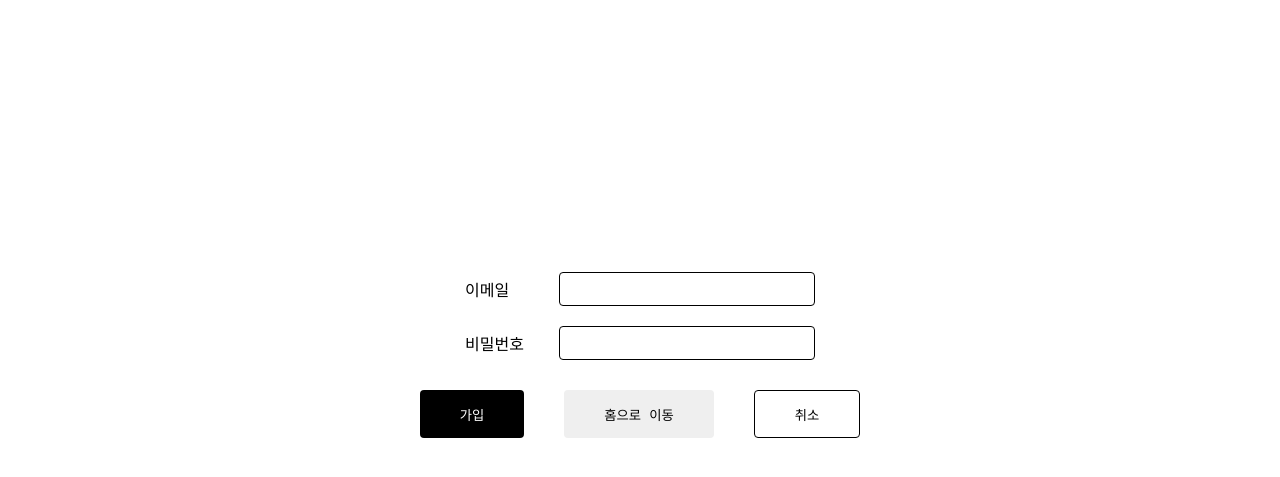
Repository: momo0170/react-shopping
Page: /register
An editor plug-in stored every save of this project. The page is shown before and after the next save, followed by the edit.
The browser window is 1280 px wide. The pictures show the whole page.
The page's requests for data from a server got no answer. Some web fonts or font styles are not loaded; a fallback is used. The project was rebuilt for these pictures with package versions that can differ from the ones it lists, and the page was loaded fresh each time. No one was signed in, and anything a server would have sent is missing. Also part of the build but not shown: src/App.css, src/css/Header.module.css, src/components/Header.jsx, src/App.js, src/router/Products.jsx, src/css/Login.module.css, src/router/Login.jsx.

Above is the page before, as saved 2023-02-24 18:57:03.

### public/index.html
<!DOCTYPE html>
<html lang="en">
  <head>
    <meta charset="utf-8" />
    <link rel="icon" href="%PUBLIC_URL%/images/shopping.png" />
    <meta name="viewport" content="width=device-width, initial-scale=1" />
    <meta name="theme-color" content="#000000" />
    <meta
      name="description"
      content="Web site created using create-react-app"
    />
    <!-- <link rel="apple-touch-icon" href="%PUBLIC_URL%/logo192.png" /> -->
    <!--
      manifest.json provides metadata used when your web app is installed on a
      user's mobile device or desktop. See https://developers.google.com/web/fundamentals/web-app-manifest/
    -->

    <!--
      Notice the use of %PUBLIC_URL% in the tags above.
      It will be replaced with the URL of the `public` folder during the build.
      Only files inside the `public` folder can be referenced from the HTML.

      Unlike "/favicon.ico" or "favicon.ico", "%PUBLIC_URL%/favicon.ico" will
      work correctly both with client-side routing and a non-root public URL.
      Learn how to configure a non-root public URL by running `npm run build`.
    -->
    <title>Shoppy</title>
    <link rel="preconnect" href="https://fonts.googleapis.com" />
    <link rel="preconnect" href="https://fonts.gstatic.com" crossorigin />
    <link
      href="https://fonts.googleapis.com/css2?family=Nanum+Gothic+Coding&display=swap"
      rel="stylesheet"
    />
  </head>
  <body>
    <noscript>You need to enable JavaScript to run this app.</noscript>
    <div id="root"></div>
    <!--
      This HTML file is a template.
      If you open it directly in the browser, you will see an empty page.

      You can add webfonts, meta tags, or analytics to this file.
      The build step will place the bundled scripts into the <body> tag.

      To begin the development, run `npm start` or `yarn start`.
      To create a production bundle, use `npm run build` or `yarn build`.
    -->
  </body>
</html>

### src/index.js
import React from 'react';
import ReactDOM from 'react-dom/client';
import './index.css';
import App from './App';
import { createBrowserRouter, RouterProvider } from 'react-router-dom';
import Products from './router/Products';
import Login from './router/Login';
import Register from './router/Register';

const router = createBrowserRouter([
  {
    path: '/',
    element: <App />,
    children: [
      {
        index: true,
        element: <Products />,
      },
    ],
  },
  {
    path: '/login',
    element: <Login />,
  },
  {
    path: '/register',
    element: <Register />,
  },
]);
const root = ReactDOM.createRoot(document.getElementById('root'));
root.render(
  <RouterProvider router={router}>
    <App />
  </RouterProvider>
);

### src/index.css
:root {
  --margin-small: 5px;
  --margin-medium: 10px;
  --margin-large: 20px;
  --margin-xlarge: 30px;

  --font-xsmall: 14px;
  --font-small: 16px;
  --font-medium: 24px;
  --font-large: 32px;
  --font-xlarge: 36px;
  --font-xxlarge: 44px;
}

body {
  margin: 0;
  font-family: 'Nanum Gothic Coding', monospace;
}

button {
  font-family: 'Nanum Gothic Coding', monospace;
}

### src/router/Register.jsx
import React, { useState } from 'react';
import { registerUser } from '../firebase/Firebase-Auth';
import styles from '../css/Register.module.css';

export default function Register() {
  const [account, setAccount] = useState({
    email: '',
    password: '',
  });

  const onChangeAccount = (e) => {
    setAccount({
      ...account,
      [e.target.name]: e.target.value,
    });
  };

  // 회원가입
  const registerAccount = () => {
    const result = window.confirm('가입하시겠습니까?');
    result && registerUser(account.email, account.password);
  };
  console.log(`이메일 : ${account.email}`);
  console.log(`비밀번호 : ${account.password}`);
  return (
    <main className={styles.main}>
      <div className={styles.email}>
        <span>이메일</span>
        <input type="text" name="email" onChange={onChangeAccount} />
      </div>
      <div className={styles.password}>
        <span>비밀번호</span>
        <input type="password" name="password" onChange={onChangeAccount} />
      </div>
      <div className={styles.btns}>
        <button onClick={registerAccount} className={styles.registerBtn}>
          가입
        </button>
        <button className={styles.homeBtn}>홈으로 이동</button>
        <button className={styles.cancelBtn}>취소</button>
      </div>
    </main>
  );
}

### src/firebase/Firebase-Auth.js
import { initializeApp } from 'firebase/app';
import { getAuth, createUserWithEmailAndPassword } from 'firebase/auth';

const firebaseConfig = {
  apiKey: process.env.REACT_APP_API_KEY,
  authDomain: process.env.REACT_APP_AUTH_DOMAIN,
  databaseURL: process.env.REACT_APP_DATABASE_URL,
  projectId: process.env.REACT_APP_PROJECT_ID,
  storageBucket: process.env.REACT_APP_STORAGE_BUCKET,
  messagingSenderId: process.env.REACT_APP_MESSAGING_ID,
  appId: process.env.REACT_APP_APP_ID,
};

const app = initializeApp(firebaseConfig);
const auth = getAuth(app);

// firebase에 사용자 등록
export function registerUser(email, password) {
  createUserWithEmailAndPassword(auth, email, password)
    .then((userCredential) => {
      // Signed in
      const user = userCredential.user;
      console.log(user);
      // ...
    })
    .catch((error) => {
      console.log(error);
      // ..
    });
}

### src/css/Register.module.css
.main {
  display: flex;
  flex-direction: column;
  justify-content: center;
  align-items: center;
  width: 500px;
  height: 100vh;
  margin: 0 auto;
}

.email,
.password {
  width: 350px;
  display: flex;
  justify-content: space-between;
  align-items: center;
}

.email input,
.password input {
  width: 250px;
  height: 30px;
  margin: var(--margin-medium) 0;
  border: 0.5px solid black;
  border-radius: 4px;
  font-size: var(--font-small);
}

.email input:focus,
.password input:focus {
  outline: 1px solid black;
}

.btns {
  display: flex;
  justify-content: space-evenly;
}
.btns * {
  border: none;
  border-radius: 4px;
  cursor: pointer;
  margin: var(--margin-large);
  padding: calc(var(--margin-large) / 1.5) calc(var(--margin-large) * 2);
  /* font-size: var(--font-small); */
}
.registerBtn {
  color: white;
  background-color: black;
}
.homeBtn {
  /* padding: 0; */
}
.cancelBtn {
  background-color: white;
  border: 1px solid black;
}

After the next save:
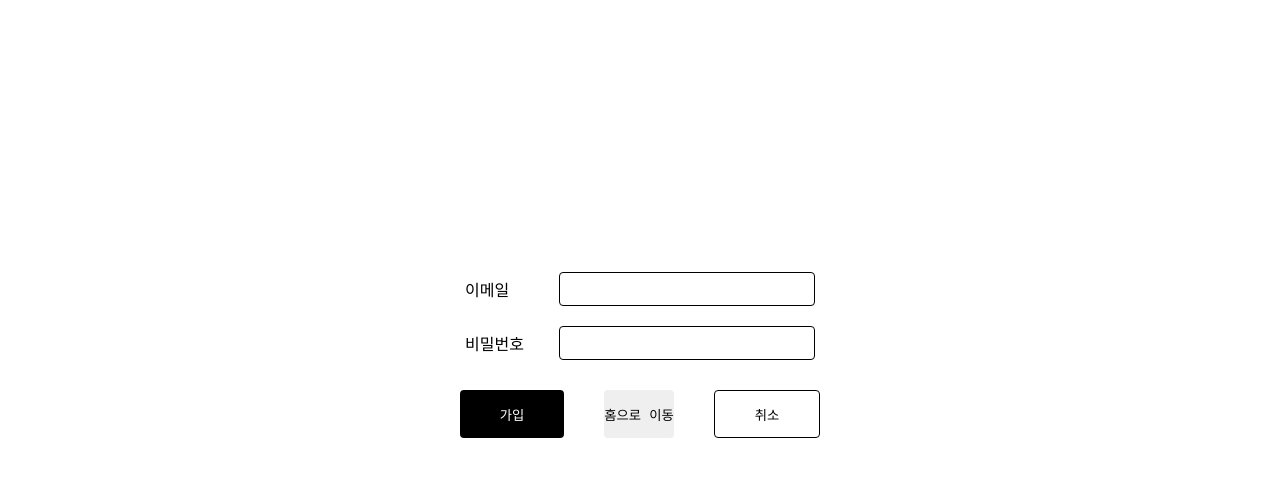
Saved 4 s later.
--- a/src/css/Register.module.css
+++ b/src/css/Register.module.css
@@ -48,7 +48,7 @@
   background-color: black;
 }
 .homeBtn {
-  /* padding: 0; */
+  padding: 0;
 }
 .cancelBtn {
   background-color: white;
